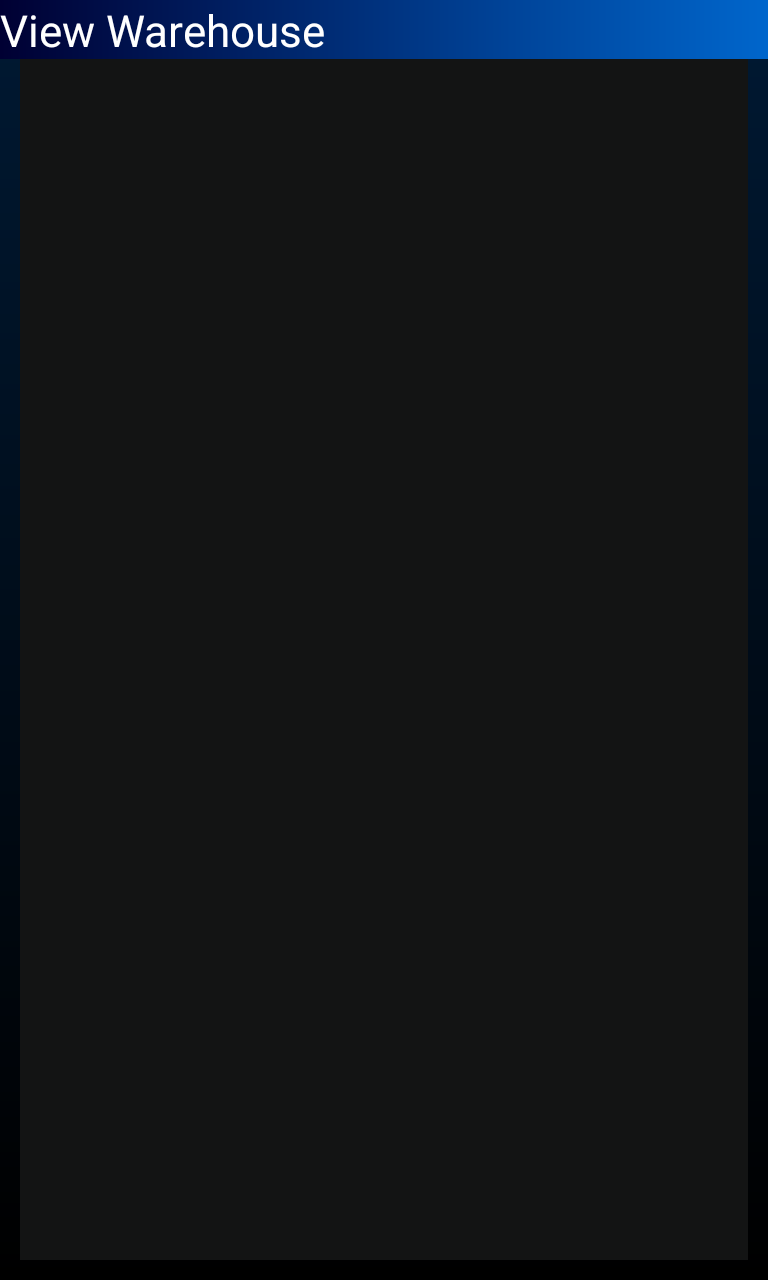
Repository: jasleen1291/B2BMobileApplication
Layout: Mobile E Commerce/B2B/res/layout/fragment_view_all_warehouse.xml
These files come from the project's save history. The layout is drawn as it stood at one moment and after the next save; the edit follows.
It is drawn on a 768 x 1280 px phone screen (xhdpi) without system bars, with theme mycustomtheme; the app's code is not run. Lists and similar views that code fills are empty.

Above is the layout before, as saved 2013-05-27 15:15:24.

After the next save:
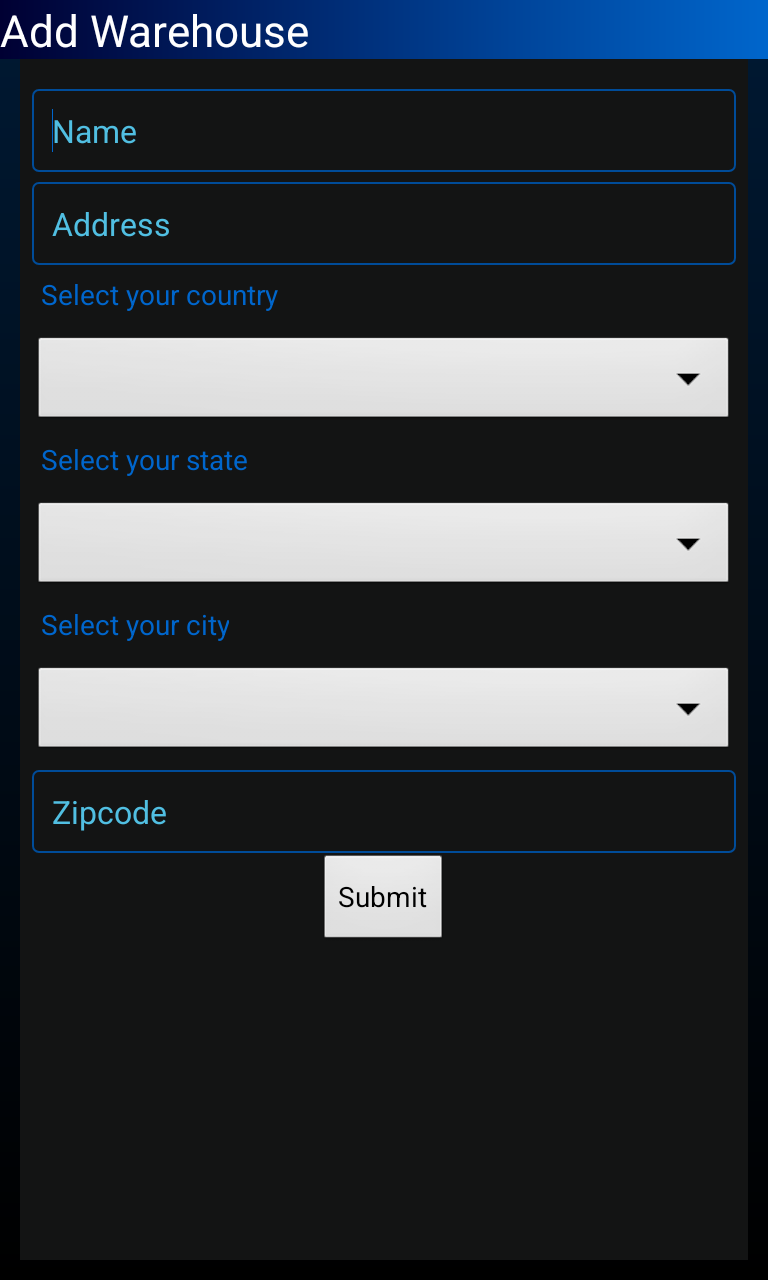
Saved 3 min 9 s later.
--- a/Mobile E Commerce/B2B/res/layout/fragment_view_all_warehouse.xml
+++ b/Mobile E Commerce/B2B/res/layout/fragment_view_all_warehouse.xml
@@ -1,21 +1,89 @@
-<LinearLayout xmlns:android="http://schemas.android.com/apk/res/android"
+<ScrollView xmlns:android="http://schemas.android.com/apk/res/android"
     xmlns:tools="http://schemas.android.com/tools"
     android:layout_width="match_parent"
-    android:layout_height="match_parent"
+    android:layout_height="match_parent">
+<LinearLayout
+    android:layout_width="match_parent"
+    android:layout_height="wrap_content"
     android:orientation="vertical"
-    tools:context=".ViewAllWarehouse" >
+    tools:context=".AddWarehouse" >
 
     <!-- TODO: Update blank fragment layout -->
 
+
+
     <TextView
         style="@style/titlebarstyle"
-        android:text="@string/view_warehouses" />
+        android:text="@string/addWarehouse" />
 
-    <ListView
-        android:id="@+id/listView1"
+    <EditText
+        android:id="@+id/editText1"
         android:layout_width="match_parent"
         android:layout_height="wrap_content"
-        >
-    </ListView>
+        android:hint="@string/name"
+        style="@style/EditTextStyle"
+        android:ems="10" >
+
+        <requestFocus />
+    </EditText>
+
+    <EditText
+        android:id="@+id/editText2"
+        android:layout_width="match_parent"
+        android:layout_height="wrap_content"
+        style="@style/EditTextStyle"
+        android:hint="@string/address"
+        android:ems="10" />
+     <TextView
+                style="@style/TextViewStyle"
+                android:paddingLeft="15dp"
+                android:paddingRight="15dp"
+                android:text="@string/country" />
+
+            <Spinner
+                android:id="@+id/country"
+                style="@style/SpinnerStyle"
+                android:prompt="@string/country"
+
+
+                />
+
+            <TextView
+                style="@style/TextViewStyle"
+                android:paddingLeft="15dp"
+                android:paddingRight="15dp"
+                android:text="@string/state" />
+
+            <Spinner
+                android:id="@+id/state"
+                style="@style/SpinnerStyle"
+                android:prompt="@string/state" />
+
+            <TextView
+                style="@style/TextViewStyle"
+                android:paddingLeft="15dp"
+                android:paddingRight="15dp"
+                android:text="@string/city" />
+
+            <Spinner
+                android:id="@+id/city"
+                style="@style/SpinnerStyle"
+                android:prompt="@string/city" />
+
+            <EditText
+                android:id="@+id/zipcode"
+                style="@style/EditTextStyle"
+                android:hint="@string/zipcode"
+                android:imeOptions="actionDone"
+                android:inputType="number"
+                 />
+
+    <Button
+        android:id="@+id/submit"
+        android:layout_width="wrap_content"
+        android:layout_height="wrap_content"
+        android:layout_gravity="center_horizontal"
+        android:text="@string/submit" />
 
 </LinearLayout>
+</ScrollView>
